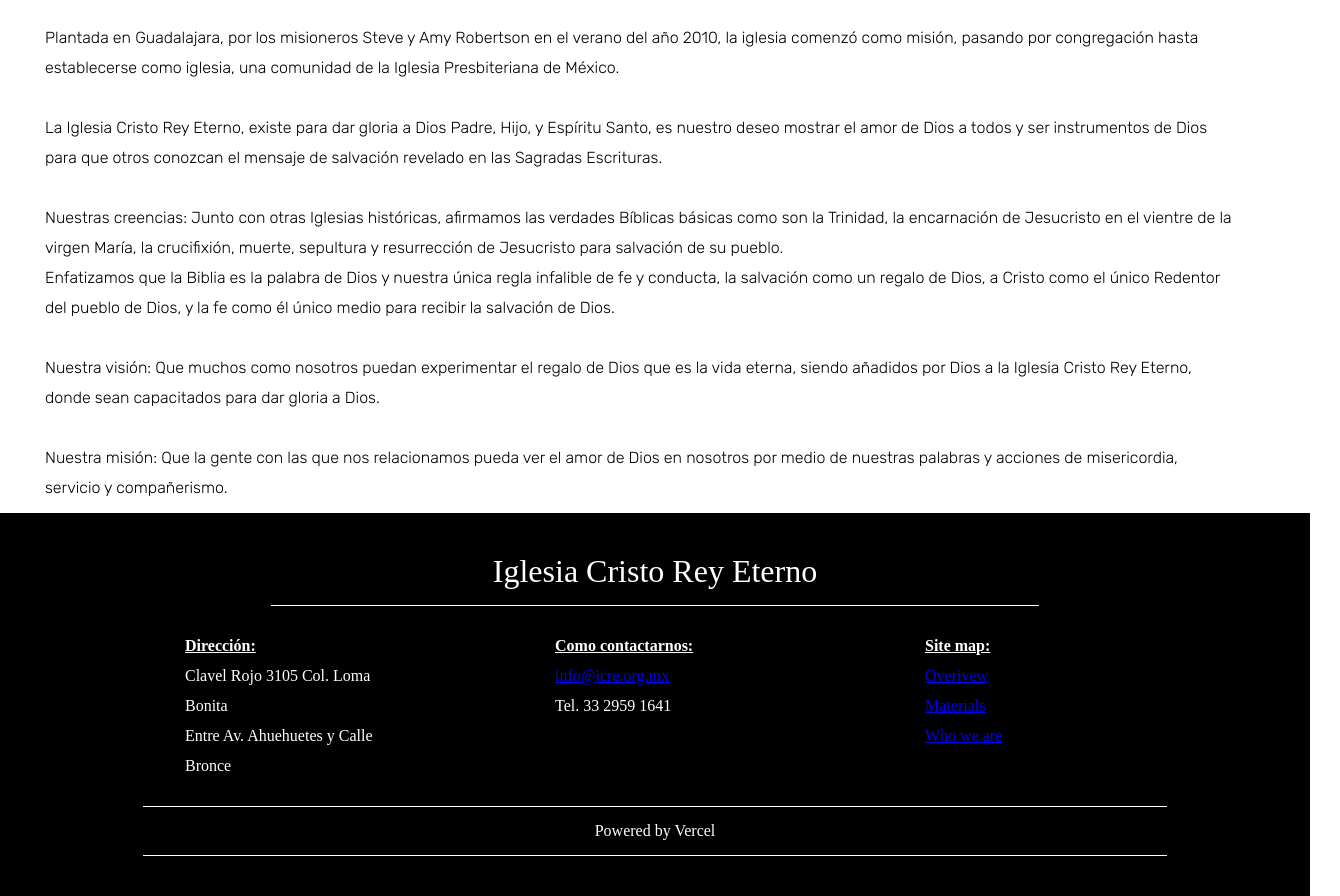
Repository: programmer686/Third-times-a-charm
Page: /About
An editor plug-in stored every save of this project. The page is shown before and after the next save, followed by the edit.
The browser window is 1280 px wide. The page is 1340 px wide, so the pictures cover 1340 px, including what lies to the right of the window. The pictures show the part of the page from y = 573 to 1469 px (the page is 1469 px tall).
The project was rebuilt for these pictures with package versions that can differ from the ones it lists, and the page was loaded fresh each time. The framework's server and built-in components were replaced by stand-ins that run in the browser. Also part of the build but not shown: next.config.js, src/styles/Layout.module.css.

Above is the page before, as saved 2023-04-24 20:24:28.

After the next save:
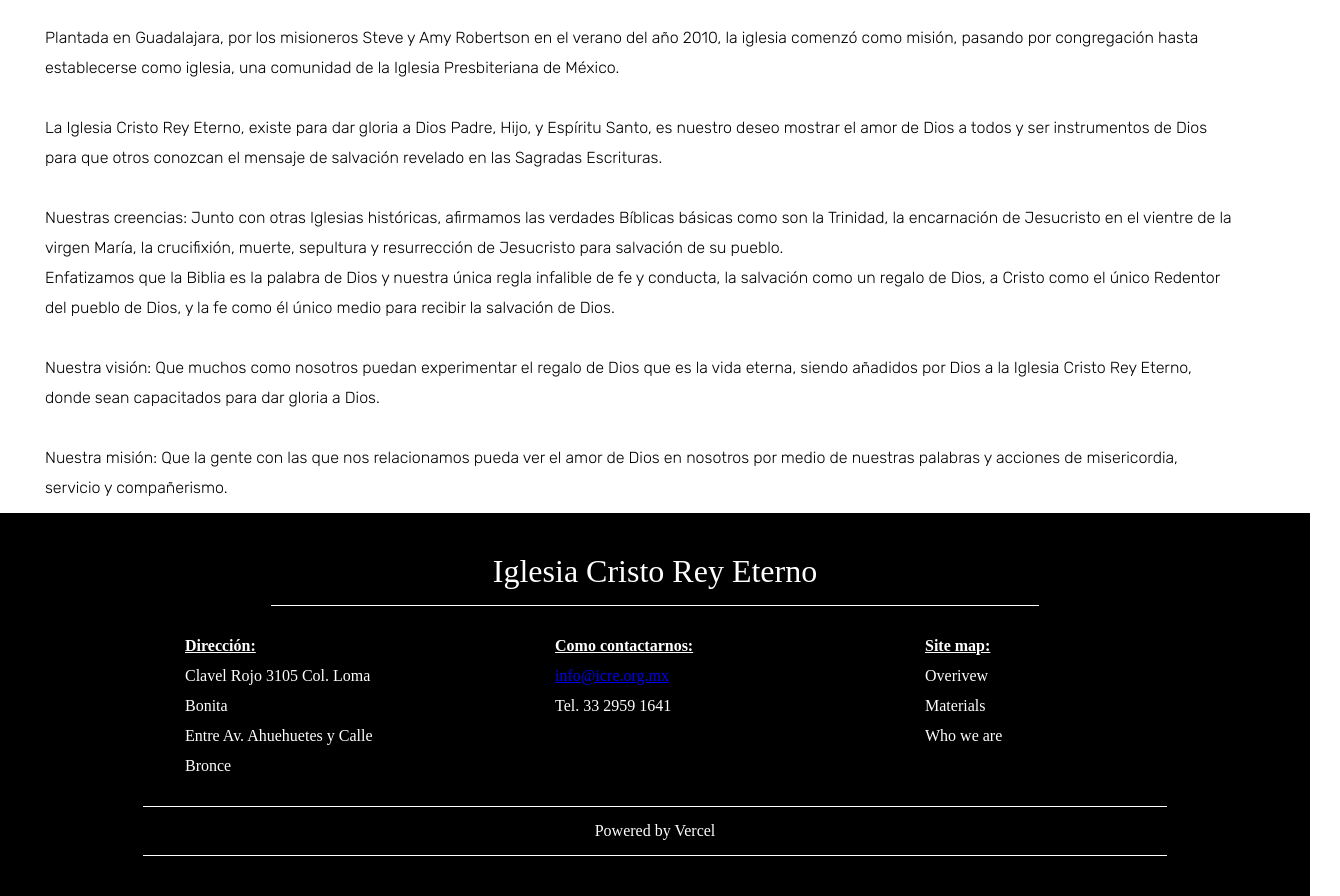
Saved 36 s later.
--- a/src/styles/Footer.module.css
+++ b/src/styles/Footer.module.css
@@ -62,3 +62,8 @@
         text-align: center;
     }
 }
+
+.footer__nav_link {
+    text-decoration: none;
+    color: white;
+}
